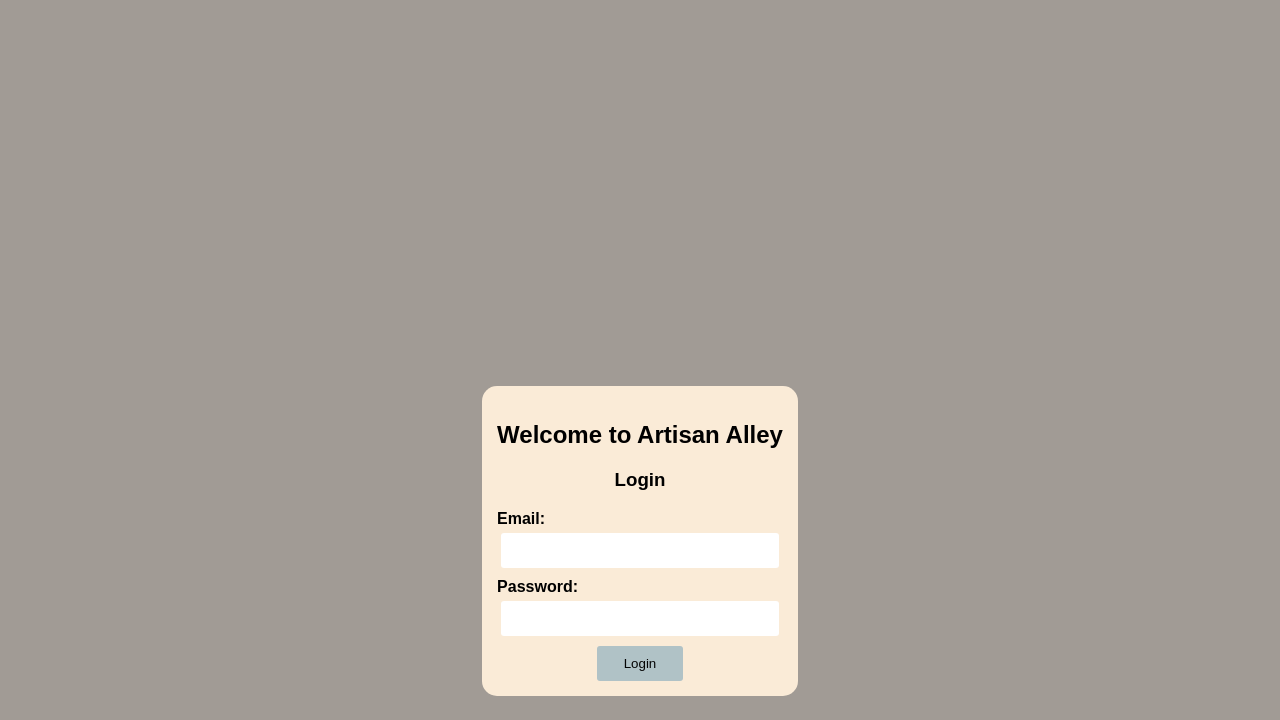
Repository: RingkhangBTY/Bytehacks_Hackathon_Project
Page: login/login.html
The author's editor kept a copy of each file at every save. The page is drawn from the files as they stood at one save, then again after the next save.
The browser window is 1280 px wide. The pictures show the whole page.

Above is the page before, as saved 2024-11-27 10:12:44.

### login/login.html
<!DOCTYPE html>
<html lang="en">
<head>
    <meta charset="UTF-8">
    <meta name="viewport" content="width=device-width, initial-scale=1.0">
    <title>Login page</title>
    <link rel="stylesheet" href="login-style.css">
</head>
<body>
    <div class="login-container">
        <h2>Welcome to Artisan Alley</h2>
        <form id="Login from">
            <h3>Login</h3>
            <label for="email">Email:</label>
            <input type="email" id="email" name="Email" required>

            <label for="password">Password:</label>
            <input type="password" id="password" name="Password" required>

            <button type="submit">Login</button>
        </form>
    </div>
</body>
</html>

### login/login-style.css
body{
    font-family: Arial, Helvetica, sans-serif;
    background-color: rgb(161, 155, 149);
    display: flex;
    justify-content: center;
    align-items: center;
    height: auto;
    margin-top: 70px;
}
.login-container{
    background-color: antiquewhite;
    border-radius: 15px;
    padding: 15px;
    width: %;
    text-align: center;
    margin-top: 25%;
    mrag
}
login-container h2{
    font-size: 1.4rem;
}
.h3{
    font-size: medium;
    margin-bottom: 20px;
}
label{
    display: block;
    text-align: left;
    margin-bottom: 5px;
    font-weight: bold;
}

input{
    width: 90%;
    padding: 10px;
    margin-bottom: 10px;
    border: 1px snow;
    border-radius: 3px;
}

button{
    width: 30%;
    padding: 10px;
    background-color: rgb(176, 194, 198);
    color: rgb(4, 4, 4);
    border: none;
    border-radius: 3px;
    cursor: pointer;
}

.login-container:hover{
    transform: translateY(-5px);
    box-shadow: 0 7px rgba(0,0, 0, 0.2);
}

After the next save:
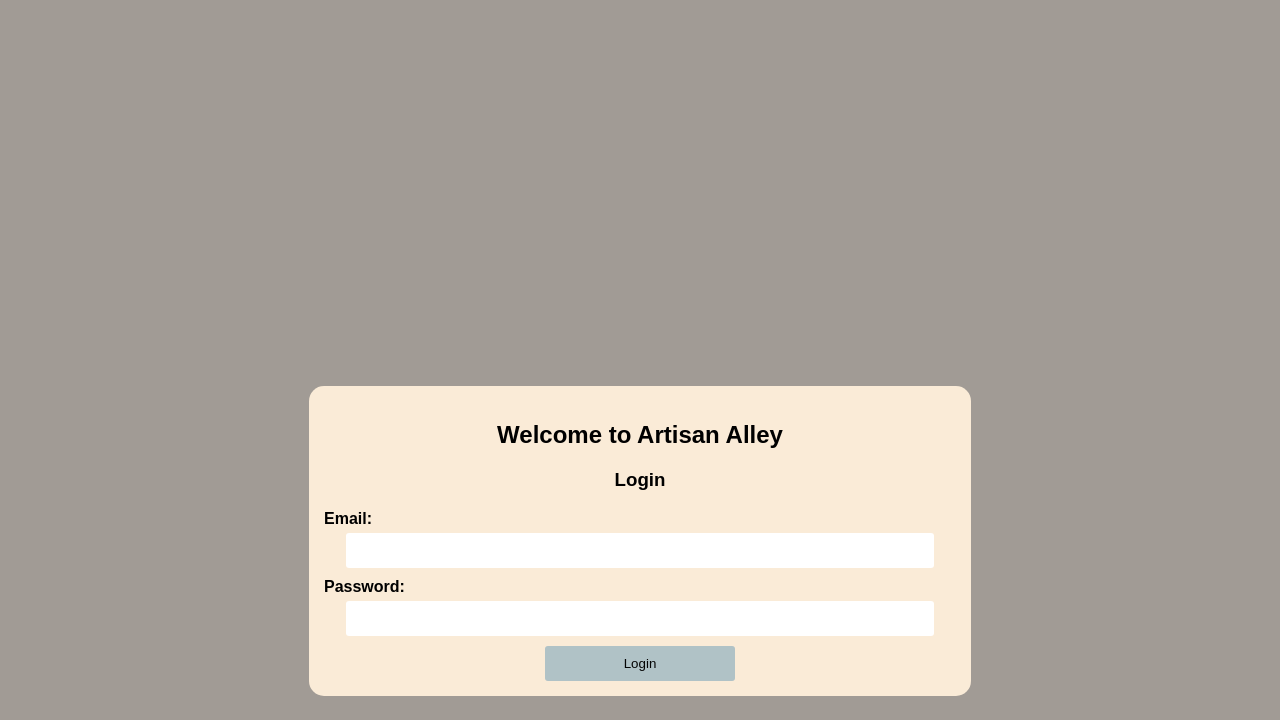
Saved 5 s later.
--- a/login/login-style.css
+++ b/login/login-style.css
@@ -11,7 +11,7 @@
     background-color: antiquewhite;
     border-radius: 15px;
     padding: 15px;
-    width: %;
+    width: 50%;
     text-align: center;
     margin-top: 25%;
     mrag
